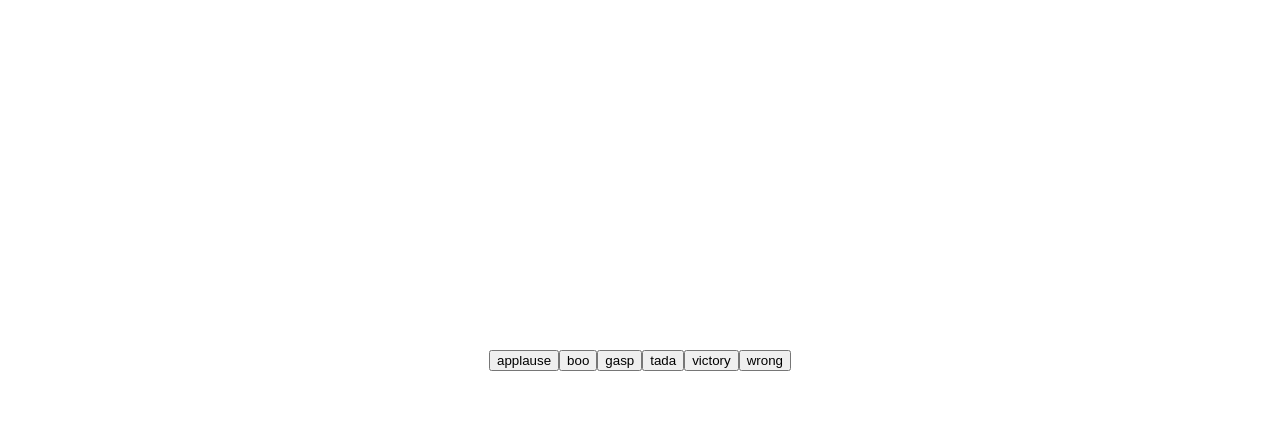
Repository: kate30980/js-practice
Page: sound-board/index.html
An editor plug-in stored every save of this project. The page is shown before and after the next save, followed by the edit.
The browser window is 1280 px wide. The pictures show the whole page.

Above is the page before, as saved 2021-08-29 00:52:55.

After the next save:
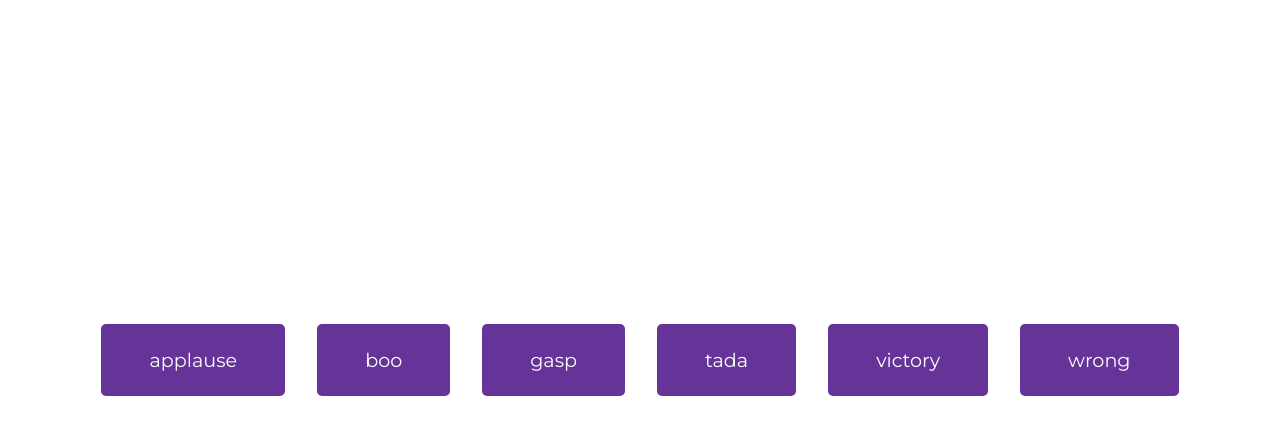
Saved 4 min 7 s later.
--- a/sound-board/style.css
+++ b/sound-board/style.css
@@ -10,3 +10,12 @@
     margin: 0;
     min-height:100vh;
 }
+.btn{
+    background-color: rebeccapurple;
+    color: #fff;
+    font-family: inherit;
+    font-size: 1.2rem;
+    padding: 1.5rem 3rem;
+    border-radius: 5px;
+    border:none !important;margin: 1rem;
+}
